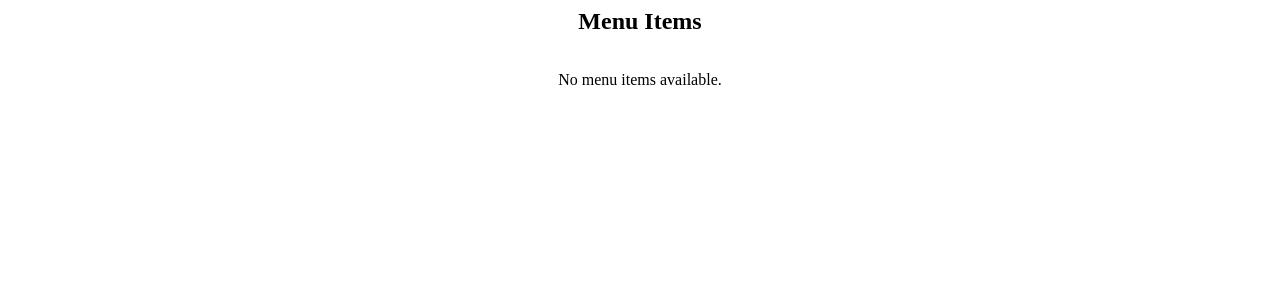
Repository: Rupeswarbhainsa777/Food-Web-App
Page: http://localhost/TapFoodApp/normal.jsp
An editor plug-in stored every save of this project. The page is shown before and after the next save, followed by the edit.
The browser window is 1280 px wide. The pictures show the whole page.
The page is served by Tomcat 10. Nobody is signed in. The application's start-up code is not run. Other server files are loaded and not shown.

Above is the page before, as saved 2025-05-02 14:10:11.

### TapFoodApp/src/main/webapp/normal.jsp
<%@ page import="java.util.ArrayList" %>
<%@ page import="com.tap.modeal.Menu" %>
<%@ page contentType="text/html;charset=UTF-8" language="java" %>
<html>
<head>
    <title>Menu Items</title>
    <style>
        .menu-container {
            display: flex;
            flex-wrap: wrap;
            justify-content: center;
        }

        .menu-card {
            width: 180px;
            margin: 15px;
            padding: 10px;
            border-radius: 10px;
            box-shadow: 0 0 10px #ccc;
            text-align: center;
        }

        .menu-card img {
            width: 100px;
            height: 100px;
            object-fit: cover;
        }

        .menu-card h3 {
            margin: 10px 0 5px 0;
        }

        .menu-card p {
            margin: 0;
        }
    </style>
</head>
<body>

<h2 style="text-align:center;">Menu Items</h2>

<div class="menu-container">
    <%
        ArrayList<Menu> listmenu = (ArrayList<Menu>) session.getAttribute("listmenu");
        if (listmenu != null) {
            for (Menu item : listmenu) {
    %>
    <div class="menu-card">
        <img src="<%= item.getImagePath()%>" alt="<%= item.getItemName() %>" />
        <h3><%= item.getItemName() %></h3>
        <p>₹ <%= item.getItemPrice() %></p>
    </div>
    <%
            }
        } else {
    %>
    <p>No menu items available.</p>
    <%
        }
    %>
</div>

</body>
</html>

After the next save:
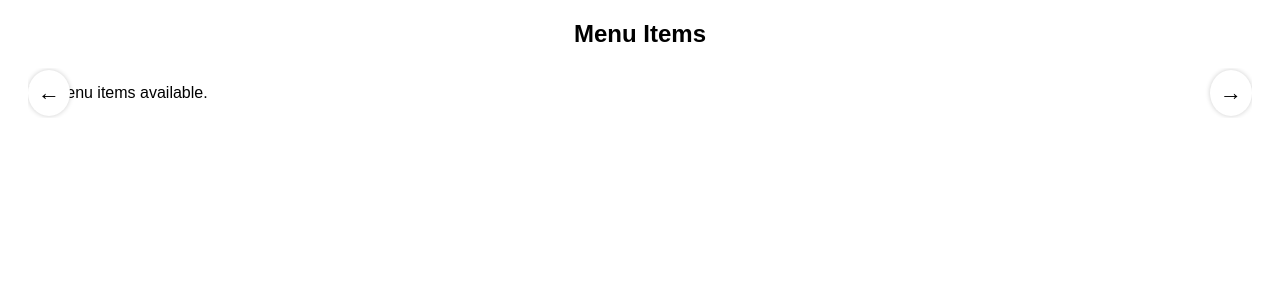
Saved 7 min 41 s later.
--- a/TapFoodApp/src/main/webapp/normal.jsp
+++ b/TapFoodApp/src/main/webapp/normal.jsp
@@ -5,60 +5,118 @@
 <head>
     <title>Menu Items</title>
     <style>
+        body {
+            font-family: Arial, sans-serif;
+        }
+
+        h2 {
+            text-align: center;
+            margin-top: 20px;
+        }
+
+        .scroll-wrapper {
+            position: relative;
+            margin: 20px;
+            overflow: hidden;
+        }
+
         .menu-container {
             display: flex;
-            flex-wrap: wrap;
-            justify-content: center;
+            overflow-x: auto;
+            scroll-behavior: smooth;
         }
 
         .menu-card {
-            width: 180px;
-            margin: 15px;
+            flex: 0 0 auto;
+            width: 160px;
+            margin: 10px;
             padding: 10px;
             border-radius: 10px;
             box-shadow: 0 0 10px #ccc;
             text-align: center;
+            background-color: #fff;
         }
 
         .menu-card img {
             width: 100px;
             height: 100px;
             object-fit: cover;
+            border-radius: 8px;
         }
 
         .menu-card h3 {
-            margin: 10px 0 5px 0;
+            margin: 10px 0 5px;
+            font-size: 16px;
         }
 
         .menu-card p {
             margin: 0;
+            color: #444;
+        }
+
+        .scroll-btn {
+            position: absolute;
+            top: 50%;
+            transform: translateY(-50%);
+            background-color: white;
+            border: none;
+            font-size: 22px;
+            cursor: pointer;
+            padding: 10px;
+            border-radius: 50%;
+            box-shadow: 0 0 5px rgba(0,0,0,0.2);
+            z-index: 1;
+        }
+
+        .scroll-btn.left {
+            left: 0;
+        }
+
+        .scroll-btn.right {
+            right: 0;
         }
     </style>
 </head>
 <body>
 
-<h2 style="text-align:center;">Menu Items</h2>
+<h2>Menu Items</h2>
 
-<div class="menu-container">
-    <%
-        ArrayList<Menu> listmenu = (ArrayList<Menu>) session.getAttribute("listmenu");
-        if (listmenu != null) {
-            for (Menu item : listmenu) {
-    %>
-    <div class="menu-card">
-        <img src="<%= item.getImagePath()%>" alt="<%= item.getItemName() %>" />
-        <h3><%= item.getItemName() %></h3>
-        <p>₹ <%= item.getItemPrice() %></p>
+<div class="scroll-wrapper">
+    <button class="scroll-btn left" onclick="scrollLeft()">&#8592;</button>
+
+    <div class="menu-container" id="menuScroll">
+        <%
+            ArrayList<Menu> listmenu = (ArrayList<Menu>) session.getAttribute("listmenu");
+            if (listmenu != null) {
+                for (Menu item : listmenu) {
+        %>
+        <div class="menu-card">
+            <img src="<%= item.getImagePath() %>" alt="<%= item.getItemName() %>" />
+            <h3><%=item.getItemName() %></h3>
+
+        </div>
+        <%
+                }
+            } else {
+        %>
+        <p>No menu items available.</p>
+        <%
+            }
+        %>
     </div>
-    <%
-            }
-        } else {
-    %>
-    <p>No menu items available.</p>
-    <%
-        }
-    %>
+
+    <button class="scroll-btn right" onclick="scrollRight()">&#8594;</button>
 </div>
+
+<script>
+    function scrollLeft() {
+        document.getElementById("menuScroll").scrollBy({ left: -200, behavior: 'smooth' });
+    }
+
+    function scrollRight() {
+        document.getElementById("menuScroll").scrollBy({ left: 200, behavior: 'smooth' });
+    }
+</script>
 
 </body>
 </html>
